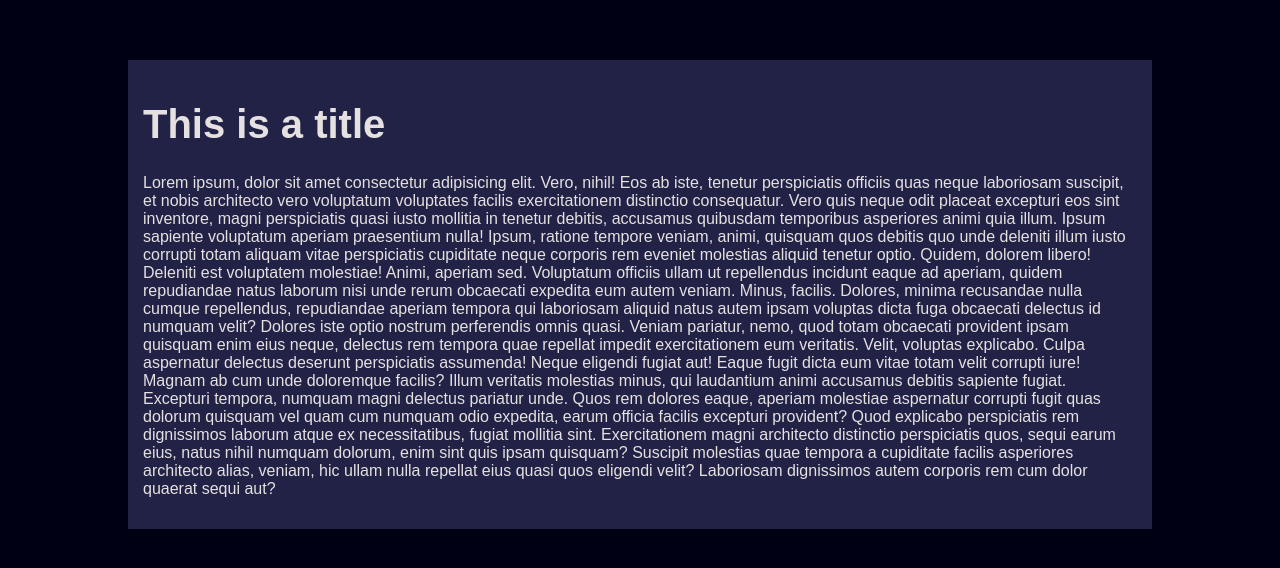
Repository: Francois-QUICODE/CSS-Micro-Projects
Page: Projects/01-Infinite-Gradient-Text.html
The author's editor kept a copy of each file at every save. The page is drawn from the files as they stood at one save, then again after the next save.
The browser window is 1280 px wide. The pictures show the whole page.
Some web fonts or font styles are not loaded; a fallback is used.

Above is the page before, as saved 2020-11-28 10:10:03.

### Projects/01-Infinite-Gradient-Text.html
<!DOCTYPE html>
<html lang="en">
  <head>
    <meta charset="UTF-8" />
    <title>Infinite Gradiant text</title>
  </head>
  <body>
    <div class="container">
      <div class="text-background"></div>
      <div class="text">
        <h1>This is a title</h1>
        <p class="lorem">
          Lorem ipsum, dolor sit amet consectetur adipisicing elit. Vero, nihil!
          Eos ab iste, tenetur perspiciatis officiis quas neque laboriosam
          suscipit, et nobis architecto vero voluptatum voluptates facilis
          exercitationem distinctio consequatur. Vero quis neque odit placeat
          excepturi eos sint inventore, magni perspiciatis quasi iusto mollitia
          in tenetur debitis, accusamus quibusdam temporibus asperiores animi
          quia illum. Ipsum sapiente voluptatum aperiam praesentium nulla!
          Ipsum, ratione tempore veniam, animi, quisquam quos debitis quo unde
          deleniti illum iusto corrupti totam aliquam vitae perspiciatis
          cupiditate neque corporis rem eveniet molestias aliquid tenetur optio.
          Quidem, dolorem libero! Deleniti est voluptatem molestiae! Animi,
          aperiam sed. Voluptatum officiis ullam ut repellendus incidunt eaque
          ad aperiam, quidem repudiandae natus laborum nisi unde rerum obcaecati
          expedita eum autem veniam. Minus, facilis. Dolores, minima recusandae
          nulla cumque repellendus, repudiandae aperiam tempora qui laboriosam
          aliquid natus autem ipsam voluptas dicta fuga obcaecati delectus id
          numquam velit? Dolores iste optio nostrum perferendis omnis quasi.
          Veniam pariatur, nemo, quod totam obcaecati provident ipsam quisquam
          enim eius neque, delectus rem tempora quae repellat impedit
          exercitationem eum veritatis. Velit, voluptas explicabo. Culpa
          aspernatur delectus deserunt perspiciatis assumenda! Neque eligendi
          fugiat aut! Eaque fugit dicta eum vitae totam velit corrupti iure!
          Magnam ab cum unde doloremque facilis? Illum veritatis molestias
          minus, qui laudantium animi accusamus debitis sapiente fugiat.
          Excepturi tempora, numquam magni delectus pariatur unde. Quos rem
          dolores eaque, aperiam molestiae aspernatur corrupti fugit quas
          dolorum quisquam vel quam cum numquam odio expedita, earum officia
          facilis excepturi provident? Quod explicabo perspiciatis rem
          dignissimos laborum atque ex necessitatibus, fugiat mollitia sint.
          Exercitationem magni architecto distinctio perspiciatis quos, sequi
          earum eius, natus nihil numquam dolorum, enim sint quis ipsam
          quisquam? Suscipit molestias quae tempora a cupiditate facilis
          asperiores architecto alias, veniam, hic ullam nulla repellat eius
          quasi quos eligendi velit? Laboriosam dignissimos autem corporis rem
          cum dolor quaerat sequi aut?
        </p>
      </div>
    </div>
  </body>

  <style>
    @import url("https://fonts.googleapis.com/css2?family=Alatsi&display=swap");

    body {
      background-color: #000014;
      width: 1024px;
      margin: auto;
      color: #e5e1e1;
      padding-top: 60px;
      font-family: "Alatsi", sans-serif;
    }

    .container {
      background-color: #222247;
      padding: 15px;
    }

    h1 {
      font-size: 40px;
    }

    .lorem {
      text-justify: auto;
    }
  </style>
</html>

After the next save:
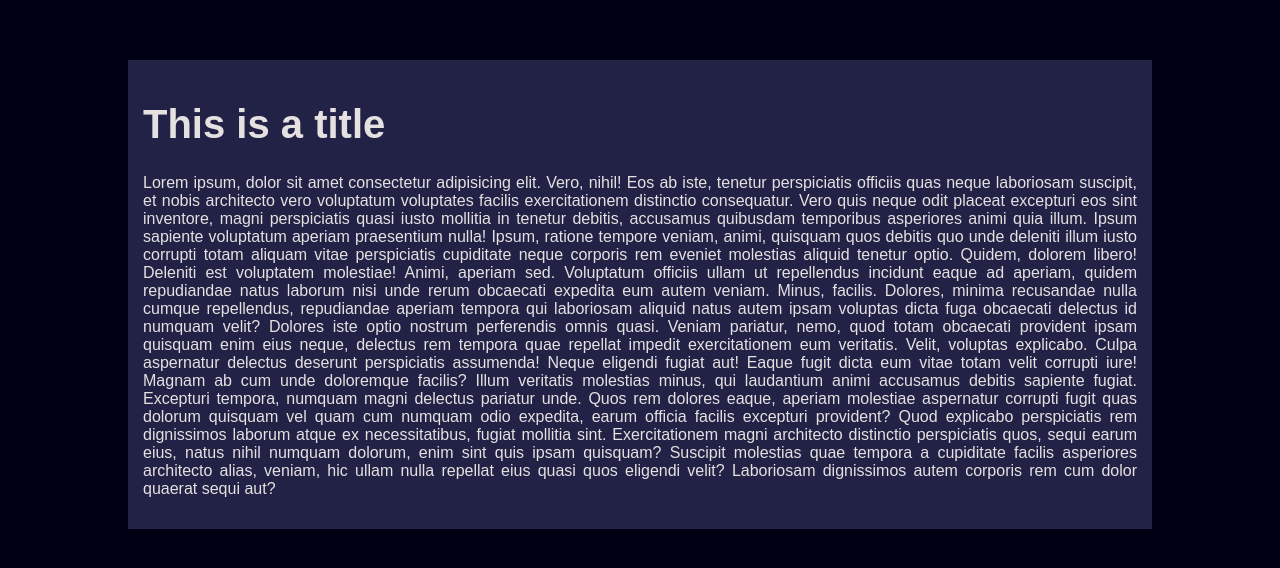
Saved 3 min 3 s later.
--- a/Projects/01-Infinite-Gradient-Text.html
+++ b/Projects/01-Infinite-Gradient-Text.html
@@ -72,7 +72,7 @@
     }
 
     .lorem {
-      text-justify: auto;
+      text-align: justify;
     }
   </style>
 </html>
